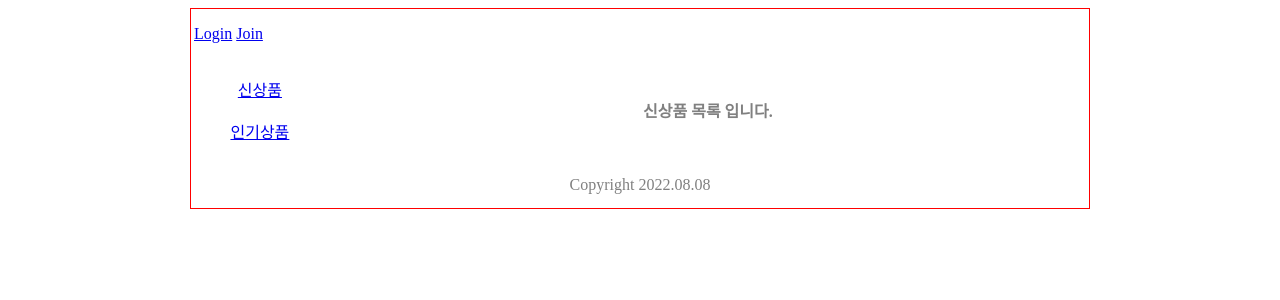
Repository: payboiC/test
Page: http://localhost/ServletProject/template/template.jsp?page=newitem
These files come from the project's save history. The page is drawn as it stood at one moment and after the next save; the edit follows.
The browser window is 1280 px wide. The pictures show the whole page.
The page is served by Tomcat 9. Nobody is signed in. The application's start-up code is not run.

Above is the page before, as saved 2022-08-08 03:05:32.

After the next save:
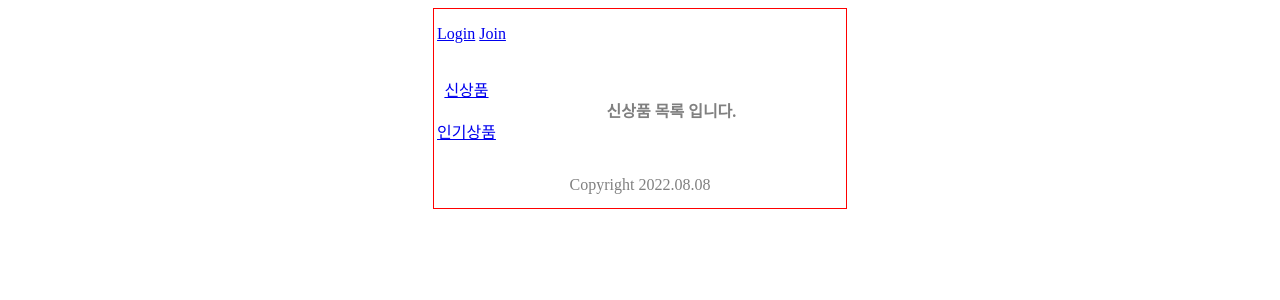
Saved 11 s later.
--- a/ServletProject/src/main/webapp/template/template.jsp
+++ b/ServletProject/src/main/webapp/template/template.jsp
@@ -18,7 +18,7 @@
 <style type="text/css">
 table{
    margin: auto;
-   width: 900px;
+   width: auto;
    color: gray;
    border: 1px solid red;
    }
